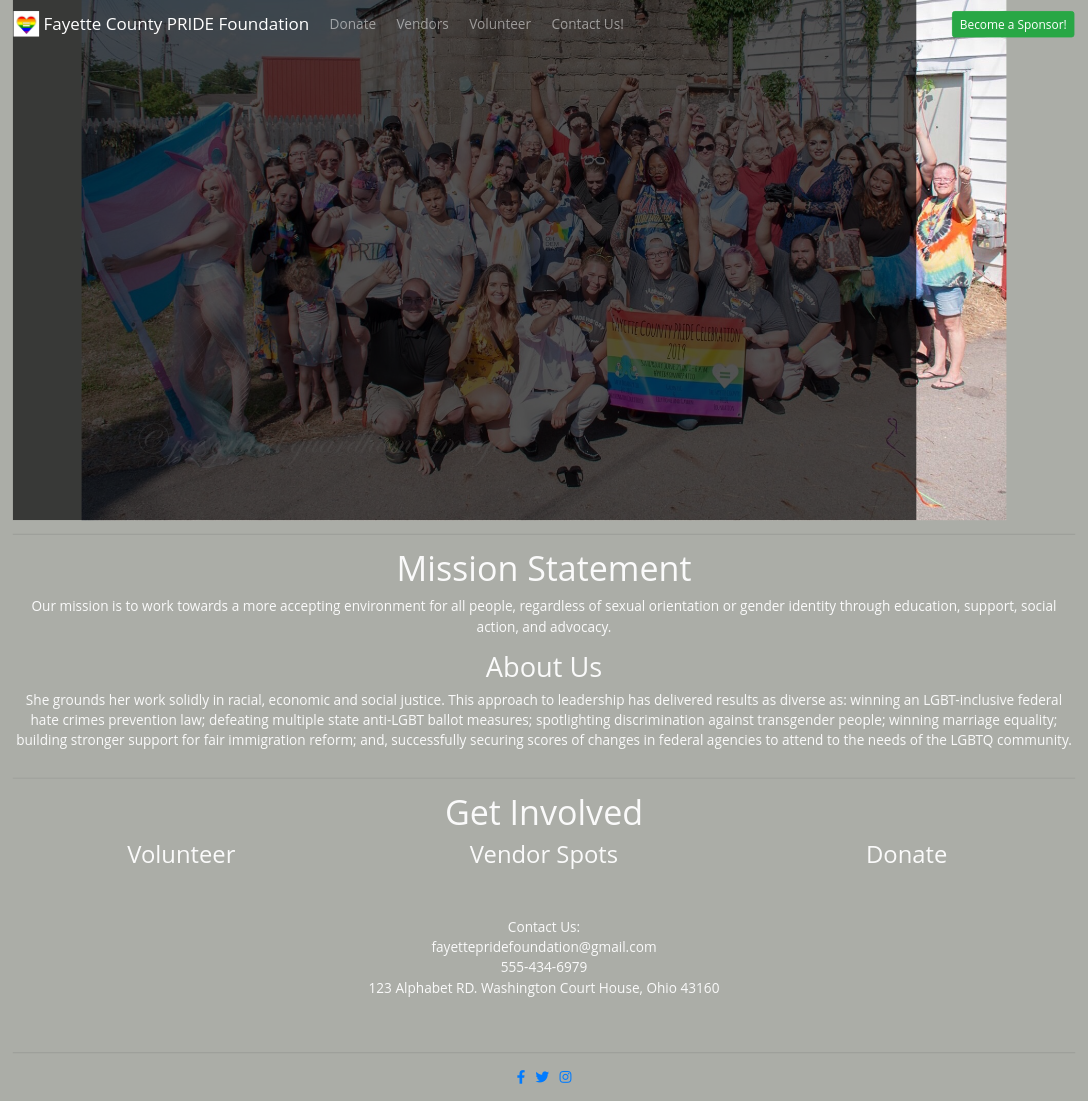
Repository: Code-Institute-Submissions/https-github.com-callendera-Milestone-Project-2
Page: index.html
The author's editor kept a record of every edit. The page is drawn from the files as they stood at one moment, then again after the next edit.
The browser window is 1280 px wide. The pictures show the whole page, at 85% of full size.
Backgrounds fixed to the window are drawn as part of the page. Some web libraries are served in a nearby version.

Above is the page before.

### index.html
<!DOCTYPE html>
<html lang="en">

<head>
    <meta charset="UTF-8">
    <meta name="viewport" content="width=device-width, initial-scale=1.0">
    <meta http-equiv="X-UA-Compatible" content="ie=edge">
    <title>Fayette County PRIDE</title>


    <link href="https://fonts.googleapis.com/css?family=Amatic+SC:700|Roboto+Condensed:300&display=swap" rel="stylesheet">

    <!--this code provides my Icons-->
    <link rel="stylesheet" href="https://use.fontawesome.com/releases/v5.8.1/css/all.css" integrity="sha384-50oBUHEmvpQ+1lW4y57PTFmhCaXp0ML5d60M1M7uH2+nqUivzIebhndOJK28anvf" crossorigin="anonymous">
    <!--this code allows me to use bootstrap styles and pieces of code-->
    <link rel="stylesheet" href="https://stackpath.bootstrapcdn.com/bootstrap/4.3.1/css/bootstrap.min.css" integrity="sha384-ggOyR0iXCbMQv3Xipma34MD+dH/1fQ784/j6cY/iJTQUOhcWr7x9JvoRxT2MZw1T" crossorigin="anonymous">

    <!--links to my style sheet: style.css-->
    <link rel="stylesheet" href="assets/css/style.css" type="text/css" />

</head>

<body>
    <!--NavBar-->

    <!--Navbar styles are given by the class names. and the navbar is fixed at the top to allow a better UX-->


    <nav class="navbar navbar-dark bg-transparent my-navbar navbar-expand-sm fixed-top">
        <a class="navbar-brand my-navbar-brand" href="#">
    <img src="assets/images/heart.jpg" width="30" height="30" class="d-inline-block align-top" alt="">
    Fayette County PRIDE Foundation
  </a>

        <!--this code allows my navbar tp be compressed into a navbar toggler on smaller screen sizes-->
        <button class="navbar-toggler ml-auto my-navbar-toggler" type="button" data-toggle="collapse" data-target="#navbarNavDropdown" aria-controls="navbarNavDropdown" aria-expanded="false" aria-label="Toggle navigation">
            <span class="navbar-toggler-icon my-navbar-toggler-icon"></span></button>


        <!--this code targets the toggler-->
        <div class="collapse navbar-collapse" id="navbarNavDropdown">
            <!--these are my links to navigate you through the site-->
            <ul class="navbar-nav my-navbar-nav mr-auto justify-content-center">
                <li class="nav-item mr-2"><a class="nav-link my-nav-link" href="//">Donate</a></li>
                <li class="nav-item mr-2"><a class="nav-link my-nav-link" href="//">Vendors</a></li>
                <li class="nav-item mr-2"><a class="nav-link my-nav-link" href="//">Volunteer</a></li>
                <li class="nav-item mr-6"><a class="nav-link my-nav-link" href="//">Contact Us!</a></li>
            </ul>
            <!--This code blocks the button and text from being shown on small screens, but appears on larger screen sizes-->
            <div class="d-none d-lg-block">
                <!--gives the viewer the oportunity to become a sponsor while still browsing the site-->

                <button type="button" class="btn btn-sm my-nav-btn btn-success" data-toggle="modal" data-target="//">Become a Sponsor!</button>
            </div>
        </div>
    </nav>
    <!--navbar-->

    <!--CallOut-->
    <!-- this div allows for a full width container, spanning the entire width of the viewport.-->
    <div class="container-fluid">


        <!--holds the background picture for the landing page-->

        <div class="col-12 callout-container">
             <div class="opaque-overlay">&nbsp;</div>
        </div>

        <!--callout-->
        <hr>
        <!--About-->
        <div class="row about-container">
            <!-- Col-6 allows the mission statement and About to be on top of eachother and centered-->
            <div class="col-12 text-center">
                <h1>Mission Statement</h1>
                <p>Our mission is to work towards a more accepting environment for all people, regardless of sexual orientation or gender identity through education, support, social action, and advocacy.</p>
            </div>
            <br>

            <div class="col-12 text-center">
                <h2>About Us</h2>
                <p>She grounds her work solidly in racial, economic and social justice. This approach to leadership has delivered results as diverse as: winning an LGBT-inclusive federal hate crimes prevention law; defeating multiple state anti-LGBT ballot
                    measures; spotlighting discrimination against transgender people; winning marriage equality; building stronger support for fair immigration reform; and, successfully securing scores of changes in federal agencies to attend to the needs
                    of the LGBTQ community.</p>
            </div>
            <!--about-->
        </div>
        <!--about-->
        <hr>
        <!--Involved-->
        <div class="row involved-container text-center">
            <div class="col-12 text-center">
                <h1>Get Involved</h1>
            </div>
            <!-- col-4 to make the 3 divs be in 3 columns for large and medium screens, col-12 for smaller screens to have each div on its own line-->
            <div class="col-12 col-sm-12 col-md-4 col-lg-4">
                <h3>Volunteer</h3>
            </div>
            <div class="col-12 col-sm-12 col-md-4 col-lg-4">
                <h3>Vendor Spots</h3>
            </div>
            <div class="col-12 col-sm-12 col-md-4 col-lg-4">
                <h3>Donate</h3>
            </div>
        </div>
        <!--involved-->
        <div class="row contact-container text-center">
            <!--entire section gives the user the info on how to contact the band-->
            <div class="col">
                <footer class="my-5">
                    <div class="row">
                        <div class="col-12">
                            <div class="heading">Contact Us:</div>
                        </div>
                    </div>
                    <div class="row">
                        <div class="col-12">
                            <div class="text">fayettepridefoundation@gmail.com</div>
                            <div class="text">555-434-6979</div>
                            <div class="text">123 Alphabet RD. Washington Court House, Ohio 43160</div>
                        </div>
                    </div>

                </footer>
            </div>
        </div>
        <hr>
        <div class="row social-container text-center">
            <div class="col-12">
                <!--all social media links are placed within a span to allow them to line up inline-->
                <ul class="list-inline social-media">
                    <!--atrribute is given to make the social media symbol a link to the facebook page-->
                    <li class="list-inline-item"><a href="//" target="_blank"><i class="fab fa-facebook-f"></i>
                    <span class="sr-only">Facebook</span></a></li>
                    <!--atrribute is given to make the social media symbol a link to the twitter page-->
                    <li class="list-inline-item"><a href="//" target="_blank"><i class="fab fa-twitter"></i>
                    <span class="sr-only">Twitter</span></a></li>
                    <!--atrribute is given to make the social media symbol a link to the youtube page-->
                    <li class="list-inline-item"><a href="//" target="_blank"><i class="fab fa-instagram"></i>
                    <span class="sr-only">Instagram</span></a></li>
                </ul>
            </div>
        </div>
    </div>
    <!--contactinfo-->

    </div>
</body>

</html>

### assets/css/style.css
body {
    font-family: 'Open Sans', sans-serif;
    background-color: #abada7;
    color: #fafafa;
}

.callout-container {
    /*--- sets background image for callout container. it is set to not repeat, so the image doesnt stretch, and the image will be centered horizontally and pushed to the top of the container. the background will also not scroll, but remained positioned so things will scroll past it---*/
    background: url("../images/pride.png")no-repeat top center fixed;
    /*--- adjusts background for different browsers ---*/
    -webkit-background-size: contain;
    -moz-background-size: contain;
    -o-background-size: contain;
    background-size: contain;

    /*--- makes the background fit to the container ---*/
    overflow: hidden;

    /*--- aligns and justifies text in container ---*/
    align-items: center;
    justify-content: center;
    /*--- the height that container will take up in the viewport ---*/
    height: 85vh;
}

.opaque-overlay {
    /*---positioned relative to the nearest positioned ancestor---*/
    position: absolute;
    top: 0;
    left: 0;
    /*--- size of overlay is 100% of container ---*/
    height: 100%;
    width: 85%;
    /*--- color of background to be grey but almost transparent to make white text stand out ---*/
    background-color: rgba(0, 0, 0, 0.67);

    /*---pulls content forward to be visible on Z-index axis---*/
    z-index: 1;

}

After the next edit:
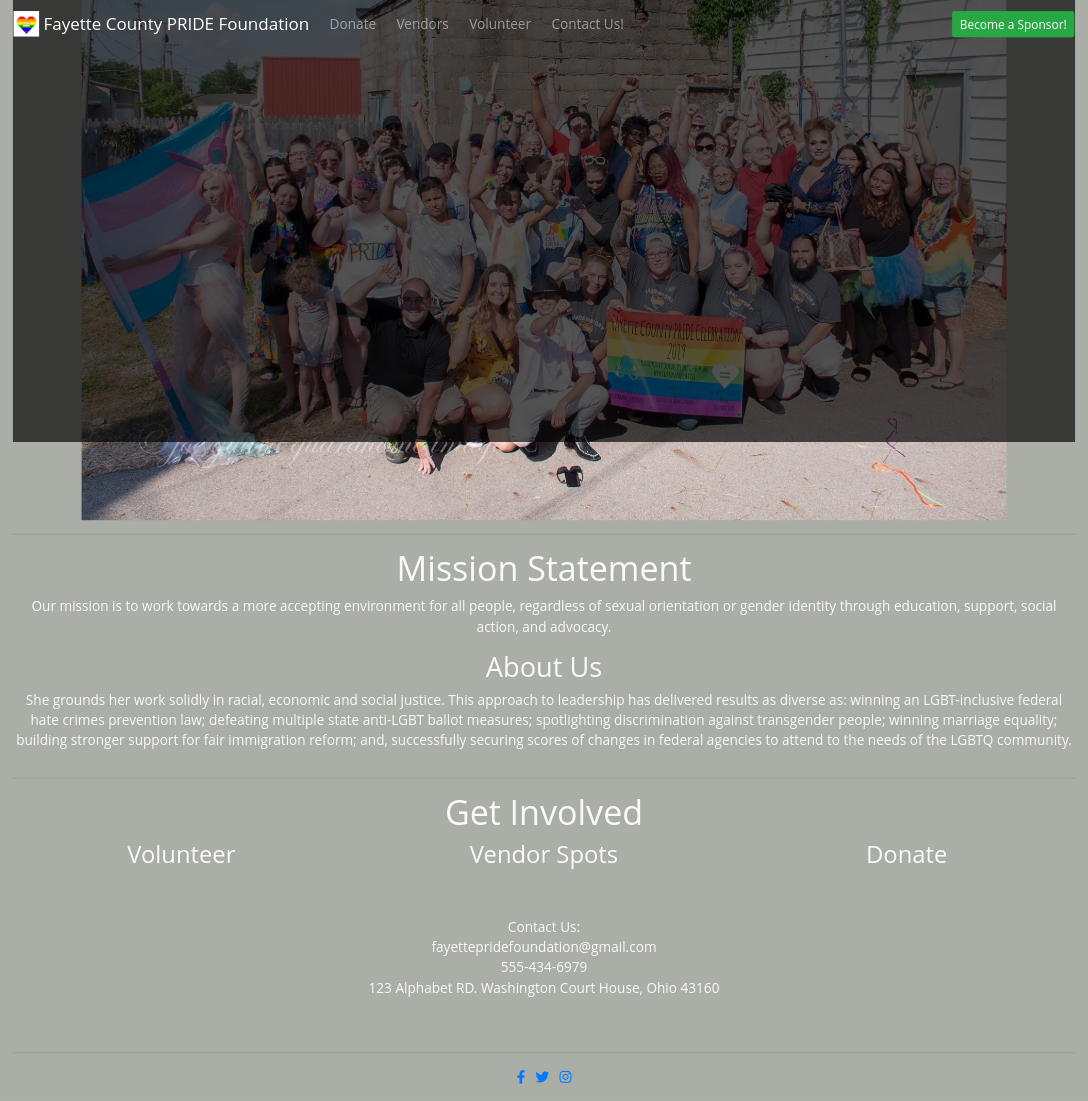
The edit:
--- a/assets/css/style.css
+++ b/assets/css/style.css
@@ -28,9 +28,9 @@
     position: absolute;
     top: 0;
     left: 0;
-    /*--- size of overlay is 100% of container ---*/
-    height: 100%;
-    width: 85%;
+    /*--- size of overlay to just cover background image ---*/
+    height: 85%;
+    width: 100%;
     /*--- color of background to be grey but almost transparent to make white text stand out ---*/
     background-color: rgba(0, 0, 0, 0.67);
 
